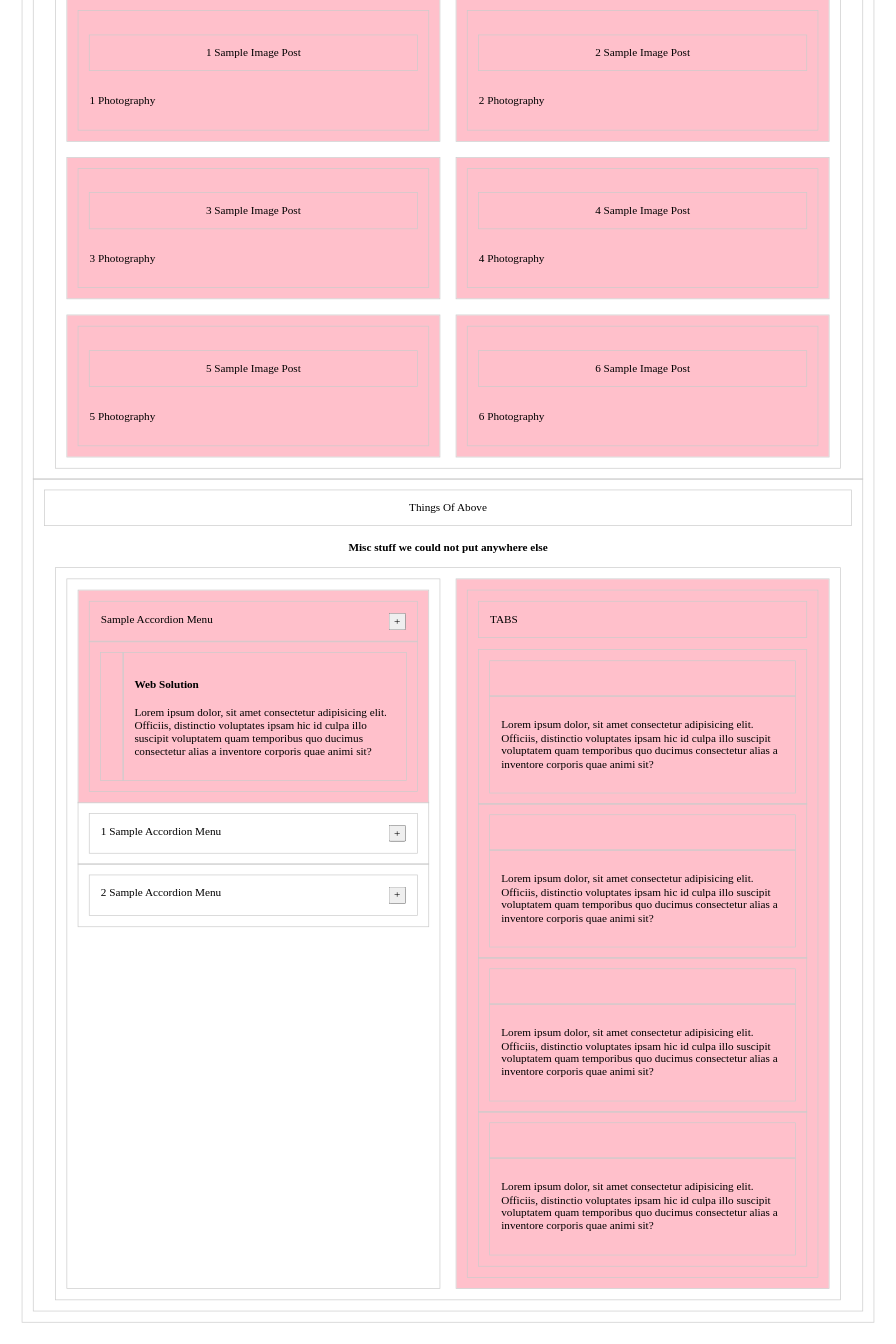
Repository: kionale/Project1_Lab3_ResponsiveLayout
Page: index.html
These files come from the project's save history. The page is drawn as it stood at one moment and after the next save; the edit follows.
The browser window is 1280 px wide. The pictures show the part of the page from y = 1799 to 3719 px (the page is 3719 px tall before and 3572 px after), at 70% of full size.

Above is the page before, as saved 2023-01-25 23:55:22.

### index.html
<!doctype html>
<html class="no-js" lang="">

<head>
  <meta charset="utf-8">
  <title></title>
  <meta name="description" content="">
  <meta name="viewport" content="width=device-width, initial-scale=1">

  <meta property="og:title" content="">
  <meta property="og:type" content="">
  <meta property="og:url" content="">
  <meta property="og:image" content="">

  <link rel="manifest" href="site.webmanifest">
  <link rel="apple-touch-icon" href="icon.png">
  <!-- Place favicon.ico in the root directory -->

  <link rel="stylesheet" href="css/normalize.css">
  <link rel="stylesheet" href="css/main.css">

  <meta name="theme-color" content="#fafafa">
</head>


<body class="page page-home">
  <header class="header page__header">
    <div class="row">
      <h1>Metrolics</h1>
      <a href=""><img src=""></a>
      <nav class="navbar-links">
        <ul>
          <a href="#">
            <li>Home</li>
          </a>
          <a href="">
            <li>Home</li>
          </a>
          <a href="">
            <li>Pages</li>
          </a>
          <a href="">
            <li>Blog</li>
          </a>
          <a href="">
            <li>Portfolio</li>
          </a>
          <a href="">
            <li>Home</li>
          </a>
        </ul>
      </nav>
    </div>

  </header>

  <div class="page__slider">
    <div class="row slides">
      <img src="" alt="">
    </div>
  </div>
  </div>

  <div class="page__intro">
    <h1 class="header page__heading">
      Hey guys! This is the <span>Metrolics</span> theme.<br>
      It sports a responsive layout with a mobile layout.
    </h1>
    <div class="subheading page_subheading">
      <h3>
        Things That We do
      </h3>
      <h5>Ask us what we can do for you</h5>

    </div>
    <div class="feature__service">
      <div class="row m-col-2 l-col-4">
        <div class="col">
          <img class="feature__servic__images" src="" alt="">
          <h4 class="heading feature__servic__title">Web Solution</h4>
          <p class="feature__servic__content">
            bbbhhha
          </p>
        </div>
        <div class="col">
          <img class="feature__servic__images" src="" alt="">
          <h4 class="heading feature__servic__title"></h4>
          <p class="feature__servic__content">
            bbbhhha
          </p>
        </div>
        <div class="col">
          <img class="feature__servic__images" src="" alt="">
          <h4 class="heading feature__servic__title"></h4>
          <p class="feature__servic__content">
            bbbhhha
          </p>
        </div>
        <div class="col">
          <img class="feature__servic__images" src="" alt="">
          <h4 class="heading feature__servic__title"></h4>
          <p class="feature__servic__content">
            bbbhhha
          </p>
        </div>


      </div>
    </div>
  </div>

  <!-- Main content starts here -->
  <main class="page__main">
    <section class="recent__work">
      <header class="header post__header">What's up lately?</header>
      <h4 class="subheading">Read up on our latest work</h4>
      <div class="row m-col-2 l-col-3">
        <div class="col">
          <div>
            <img src="" alt="">
            <header class="header recent__work__title">Sample image post</header><br>
            <p>Photography</p>
          </div>
        </div>
        <div class="col">
          <div>
            <img src="" alt="">
            <header class="header recent__work__title">Sample image post</header><br>
            <p>Photography</p>
          </div>
        </div>
        <div class="col">
          <div>
            <img src="" alt="">
            <header class="header recent__work__title">Sample image post</header><br>
            <p>Photography</p>
          </div>
        </div>
        <div class="col">
          <div>
            <img src="" alt="">
            <header class="header recent__work__title">Sample image post</header><br>
            <p>Photography</p>
          </div>
        </div>
      </div>
    </section>
    <!-- Our Latest Projests -->
    <section class="latest__projects">
      <header class="header latest__projects__header">Our Latest Projects</header>
      <h4 class="subheading">Client happy? We are happy</h4>
      <div class="row m-col-2 l-col-3">
        <div class="col">
          <div>
            <img src="" alt="">
            <header class="header latest__project__image">1 Sample image post</header><br>
            <p>1 Photography</p>
          </div>
        </div>
        <div class="col">
          <div>
            <img src="" alt="">
            <header class="header latest__project__image">2 Sample image post</header><br>
            <p>2 Photography</p>
          </div>
        </div>
        <div class="col">
          <div>
            <img src="" alt="">
            <header class="header latest__project__image">3 Sample image post</header><br>
            <p>3 Photography</p>
          </div>
        </div>
        <div class="col">
          <div>
            <img src="" alt="">
            <header class="header latest__project__image">4 Sample image post</header><br>
            <p>4 Photography</p>
          </div>
        </div>
        <div class="col">
          <div>
            <img src="" alt="">
            <header class="header latest__project__image">5 Sample image post</header><br>
            <p>5 Photography</p>
          </div>
        </div>
        <div class="col">
          <div>
            <img src="" alt="">
            <header class="header latest__project__image">6 Sample image post</header><br>
            <p>6 Photography</p>
          </div>
        </div>
      </div>
    </section>
    <!--Things of Above-->
    <section class="things__of__above">
      <header class="header things__header">Things of above</header>
      <h4 class="subheading">Misc stuff we could not put anywhere else</h4>
      <div class="row m-col-2 l-col-3">
        <div>
          <div class="col">
            <div class="sample__menu things_above_image">Sample Accordion Menu
              <button>+</button>
            </div>
            <div class="web__solution">
              <div>
                <img src="" alt="">
              </div>
              <div>
                <h4>Web Solution</h4>
                <p>Lorem ipsum dolor, sit amet consectetur adipisicing elit. Officiis, distinctio voluptates ipsam hic
                  id
                  culpa illo suscipit voluptatem quam temporibus quo ducimus consectetur alias a inventore corporis quae
                  animi sit?</p>
              </div>
            </div>
          </div>
          <div class="menu__button">
            <div class="col_two sample__menu things__above__image">1 Sample Accordion Menu
              <button>+</button>
            </div>
          </div>
          <div class="menu__button">
            <div class="col_two sample__menu things__above__image">2 Sample Accordion Menu
              <button>+</button>
            </div>
          </div>
        </div>
        <div class="col">
          <div>
            <header class="things__above__image">TABS</header><br>
            <div class="tab__information">
              <div>
                <img src="" alt="">
              </div>
              <div>
                <p>Lorem ipsum dolor, sit amet consectetur adipisicing elit. Officiis, distinctio voluptates ipsam hic
                  id
                  culpa illo suscipit voluptatem quam temporibus quo ducimus consectetur alias a inventore corporis quae
                  animi sit?</p>
              </div>
            </div>
            <div class="tab__information">
              <div>
                <img src="" alt="">
              </div>
              <div>
                <p>Lorem ipsum dolor, sit amet consectetur adipisicing elit. Officiis, distinctio voluptates ipsam hic
                  id
                  culpa illo suscipit voluptatem quam temporibus quo ducimus consectetur alias a inventore corporis quae
                  animi sit?</p>
              </div>
            </div>
            <div class="tab__information">
              <div>
                <img src="" alt="">
              </div>
              <div>
                <p>Lorem ipsum dolor, sit amet consectetur adipisicing elit. Officiis, distinctio voluptates ipsam hic
                  id
                  culpa illo suscipit voluptatem quam temporibus quo ducimus consectetur alias a inventore corporis quae
                  animi sit?</p>
              </div>
            </div>
            <div class="tab__information">
              <div>
                <img src="" alt="">
              </div>
              <div>
                <p>Lorem ipsum dolor, sit amet consectetur adipisicing elit. Officiis, distinctio voluptates ipsam hic
                  id
                  culpa illo suscipit voluptatem quam temporibus quo ducimus consectetur alias a inventore corporis quae
                  animi sit?</p>
              </div>
            </div>
          </div>
        </div>

      </div>
    </section>
  </main>


  <script src="js/vendor/modernizr-3.11.2.min.js"></script>
  <script src="js/plugins.js"></script>
  <script src="js/main.js"></script>

  <!-- Google Analytics: change UA-XXXXX-Y to be your site's ID. -->
  <script>
    window.ga = function () { ga.q.push(arguments) }; ga.q = []; ga.l = +new Date;
    ga('create', 'UA-XXXXX-Y', 'auto'); ga('set', 'anonymizeIp', true); ga('set', 'transport', 'beacon'); ga('send', 'pageview')
  </script>
  <script src="https://www.google-analytics.com/analytics.js" async></script>
</body>

</html>

### css/main.css
::-moz-selection {
  background: #b3d4fc;
  text-shadow: none;
}

::selection {
  background: #b3d4fc;
  text-shadow: none;
}

/*
 * A better looking default horizontal rule
 */

hr {
  display: block;
  height: 1px;
  border: 0;
  border-top: 1px solid #ccc;
  margin: 1em 0;
  padding: 0;
}

audio,
canvas,
iframe,
img,
svg,
video {
  vertical-align: middle;
}

/*
 * Remove default fieldset styles.
 */

fieldset {
  border: 0;
  margin: 0;
  padding: 0;
}

/*
 * Allow only vertical resizing of textareas.
 */

textarea {
  resize: vertical;
}

*,
*::before,
*::after {
  box-sizing: border-box;
}

div,
main,
section,
header,
footer {
  outline: 1px solid #ccc;
  min-height: 1rem;
  padding: 1rem;
}

.page {
  margin: 0 auto;
  padding: 2rem;
}

.header {
  text-transform: capitalize;
  text-align: center;
}

.subheading {
  text-align: center;
}

ul,
li {
  padding: 0;
  margin: 0;
  list-style: none;
}

.row {
  display: grid;
  row-gap: 1rem;
}

.row_two {
  display: grid;
  row-gap: 1rem;
}

.col {
  position: relative;
  background-color: pink;
}

/* medium screens and up  */
@media screen and (min-width: 40em) {
  .row {
    max-width: 70rem;
    column-gap: 1.5rem;
    row-gap: 1.5rem;
    margin: 0 auto;
  }

  .row_two {
    max-width: 70rem;
    column-gap: 1.5rem;
    row-gap: 1.5rem;
    margin: 0 auto;
  }

  .m-col-2 {
    grid-template-columns: 1fr 1fr;
  }

}


.examples {
  display: flex;
  justify-content: space-around;
}

.sample__menu {
  display: flex;
  justify-content: space-between;
}

.web__solution {
  display: flex;
}

### js/plugins.js
// Avoid `console` errors in browsers that lack a console.
(function() {
  var method;
  var noop = function () {};
  var methods = [
    'assert', 'clear', 'count', 'debug', 'dir', 'dirxml', 'error',
    'exception', 'group', 'groupCollapsed', 'groupEnd', 'info', 'log',
    'markTimeline', 'profile', 'profileEnd', 'table', 'time', 'timeEnd',
    'timeline', 'timelineEnd', 'timeStamp', 'trace', 'warn'
  ];
  var length = methods.length;
  var console = (window.console = window.console || {});

  while (length--) {
    method = methods[length];

    // Only stub undefined methods.
    if (!console[method]) {
      console[method] = noop;
    }
  }
}());

// Place any jQuery/helper plugins in here.

Loaded but not shown: css/normalize.css (library); js/vendor/modernizr-3.11.2.min.js (library); js/main.js (no stored copy; drawn as an empty file)

After the next save:
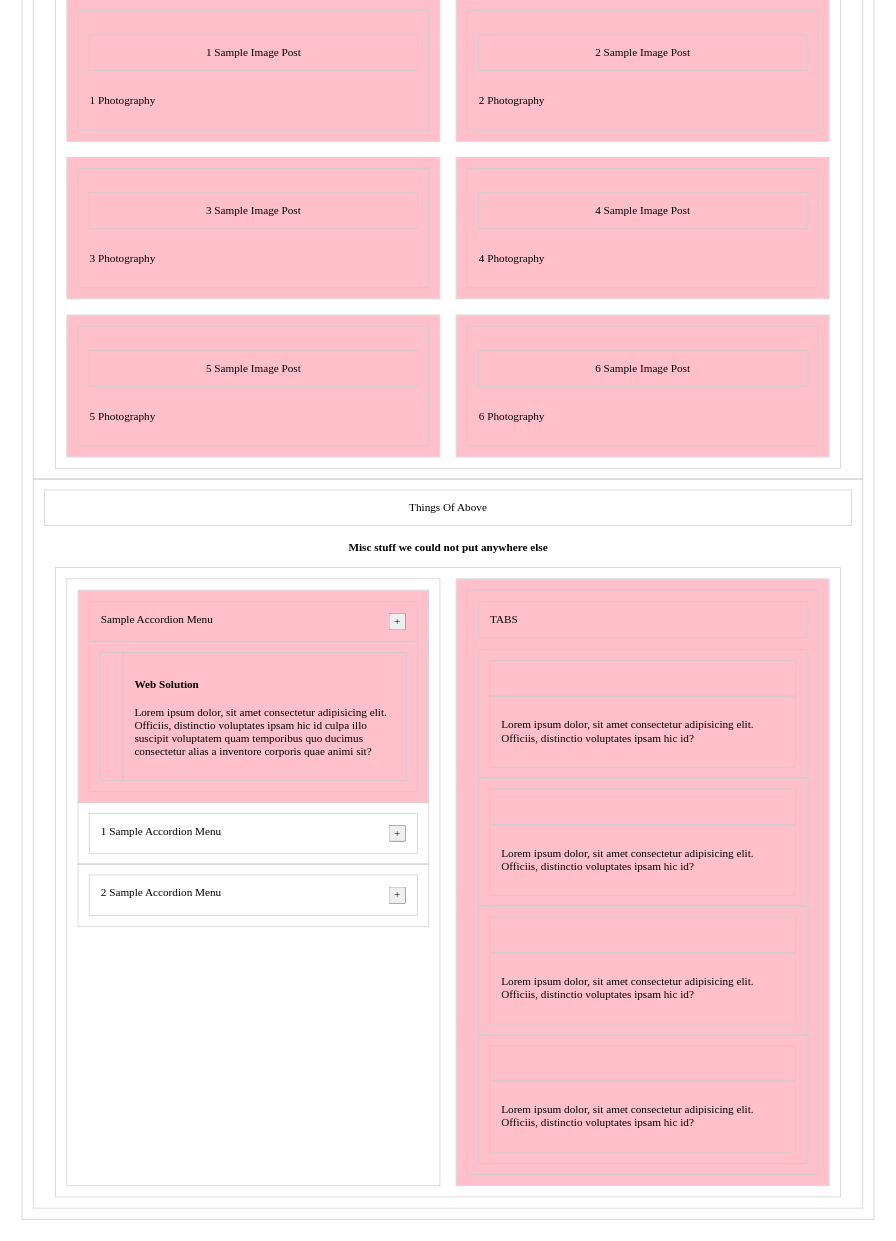
Saved 42 s later.
--- a/index.html
+++ b/index.html
@@ -237,42 +237,34 @@
               </div>
               <div>
                 <p>Lorem ipsum dolor, sit amet consectetur adipisicing elit. Officiis, distinctio voluptates ipsam hic
-                  id
-                  culpa illo suscipit voluptatem quam temporibus quo ducimus consectetur alias a inventore corporis quae
-                  animi sit?</p>
-              </div>
-            </div>
-            <div class="tab__information">
-              <div>
-                <img src="" alt="">
-              </div>
-              <div>
-                <p>Lorem ipsum dolor, sit amet consectetur adipisicing elit. Officiis, distinctio voluptates ipsam hic
-                  id
-                  culpa illo suscipit voluptatem quam temporibus quo ducimus consectetur alias a inventore corporis quae
-                  animi sit?</p>
-              </div>
-            </div>
-            <div class="tab__information">
-              <div>
-                <img src="" alt="">
-              </div>
-              <div>
-                <p>Lorem ipsum dolor, sit amet consectetur adipisicing elit. Officiis, distinctio voluptates ipsam hic
-                  id
-                  culpa illo suscipit voluptatem quam temporibus quo ducimus consectetur alias a inventore corporis quae
-                  animi sit?</p>
-              </div>
-            </div>
-            <div class="tab__information">
-              <div>
-                <img src="" alt="">
-              </div>
-              <div>
-                <p>Lorem ipsum dolor, sit amet consectetur adipisicing elit. Officiis, distinctio voluptates ipsam hic
-                  id
-                  culpa illo suscipit voluptatem quam temporibus quo ducimus consectetur alias a inventore corporis quae
-                  animi sit?</p>
+                  id?</p>
+              </div>
+            </div>
+            <div class="tab__information">
+              <div>
+                <img src="" alt="">
+              </div>
+              <div>
+                <p>Lorem ipsum dolor, sit amet consectetur adipisicing elit. Officiis, distinctio voluptates ipsam hic
+                  id?</p>
+              </div>
+            </div>
+            <div class="tab__information">
+              <div>
+                <img src="" alt="">
+              </div>
+              <div>
+                <p>Lorem ipsum dolor, sit amet consectetur adipisicing elit. Officiis, distinctio voluptates ipsam hic
+                  id?</p>
+              </div>
+            </div>
+            <div class="tab__information">
+              <div>
+                <img src="" alt="">
+              </div>
+              <div>
+                <p>Lorem ipsum dolor, sit amet consectetur adipisicing elit. Officiis, distinctio voluptates ipsam hic
+                  id?</p>
               </div>
             </div>
           </div>
